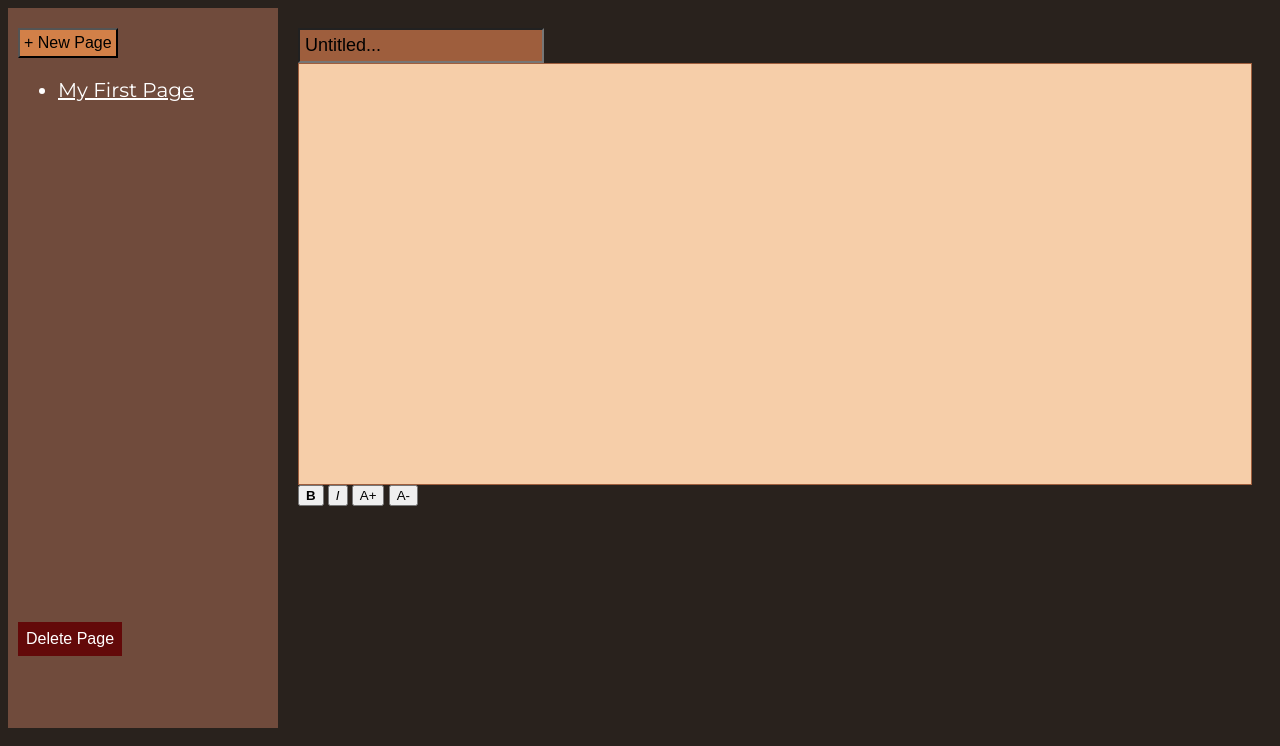
Repository: Dharshinimk-521/notes-app
Page: index.html
These files come from the project's save history. The page is drawn as it stood at one moment and after the next save; the edit follows.
The browser window is 1280 px wide. The pictures show the whole page.

Above is the page before, as saved 2026-04-18 22:41:14.

### index.html
<!DOCTYPE html>
<html lang="en">
    <head>
        <meta charset="UTF-8">
        <meta name="viewport" content="width=device-width, initial-scale=1.0">
        <title>Notes App</title>
        <link rel="stylesheet" href="style.css">
        <link rel="preconnect" href="https://fonts.googleapis.com">
        <link rel="preconnect" href="https://fonts.gstatic.com" crossorigin>
        <link href="https://fonts.googleapis.com/css2?family=Montserrat:ital,wght@0,100..900;1,100..900&display=swap" rel="stylesheet">
        <script src="app.js" defer></script>
    </head>
    <body>
    <div class="app">

        <aside class="sidebar">
        <button id="newPageBtn">+ New Page</button>
        <ul id="pageList"></ul>
        <button id="deletePageBtn"> Delete Page</button>
        </aside>

        <main class="editor">
            <input id="pageTitle" placeholder="Untitled..." />
            <div id="editorArea" contenteditable="true"></div>
            <div class="tool-bar">
                <button onclick ="formatText('bold')"><b>B</b></button>
                <button onclick ="formatText('italic')"><i>I</i></button>
                <button onclick ="changeFontSize(1)">A+</button>
                <button onclick ="changeFontSize(-1)">A-</button>
            </div>
        </main>

    </div>


    </body>
</html>

### style.css
body{
    font-family:'Montserrat',sans-serif;
    background-color: #29221D;
}
.app {
  margin: 0;
  display: flex;
  height: 100vh;

}

.sidebar {
  width: 250px;
  background: #704B3C;
  padding: 10px;
}

.editor {
  flex: 1;
  padding: 20px;
}

#editorArea {
  min-height: 400px;
  background-color: #F6CEA9;
  border: 1px solid #9E5E3D;
  padding: 10px;
  font-size: 16px;
}
#newPageBtn{
 background-color: #D28048;
 padding: 4px;
 margin-top: 10px;
 cursor:pointer;
 font-size: 16px;
}
#pageTitle{
    padding:5px;
    background-color: #9E5E3D;
    color: black;
    font-size: 18px;
}
::placeholder{
    color:black;
    opacity: 1
}
#deletePageBtn {
    margin-top: 500px;
  margin-bottom: 90px;
  background: #630909;
  color: white;
  border: none;
  padding: 8px;
  cursor: pointer;
  font-size: 16px;
}
#pageList{
    text-decoration: underline;
    color:white;
    cursor: pointer;
    font-size: 20px;
}

.toolbar {
  background: #222222;
  padding: 8px;
  border-bottom: 1px solid #ddd;
}

.toolbar button {
  margin-right: 5px;
  padding: 5px 8px;
  cursor: pointer;
}

### app.js
// Load pages from localStorage OR use default
let pages = JSON.parse(localStorage.getItem("pages")) || [
  {
    id: "123",
    title: "My First Page",
    content: "<p>Hello world</p>"
  }
];

let currentPageId = null;

// Save all pages
function savePages() {
  localStorage.setItem("pages", JSON.stringify(pages));
}

// Create new page
function createPage() {
  const newPage = {
    id: Date.now().toString(),
    title: "Untitled",
    content: ""
  };

  pages.push(newPage);
  savePages();
  renderPages();
  openPage(newPage.id);
}

// Render sidebar
function renderPages() {
  const pageList = document.getElementById("pageList");
  pageList.innerHTML = "";

  pages.forEach((page) => {
    const li = document.createElement("li");
    li.textContent = page.title;

    if (page.id === currentPageId) {
      li.style.background = "#ddd";

    }

    li.onclick = () => openPage(page.id);

    pageList.appendChild(li);
  });
}

// Open page
function openPage(id) {
    console.log("Opening page:", id);
  const page = pages.find(p => p.id === id);
  currentPageId = id;

  if (!page) return;

  document.getElementById("pageTitle").value = page.title;
  document.getElementById("editorArea").innerHTML = page.content;
}

// Auto save current page
function saveCurrentPage() {
  const page = pages.find(p => p.id === currentPageId);
  if (!page) return;

  page.title = document.getElementById("pageTitle").value;
  page.content = document.getElementById("editorArea").innerHTML;

  savePages();
}
//del func
function deleteCurrentPage() {
  if (!currentPageId) return;

  const confirmDelete = confirm("Delete this page?");
  if (!confirmDelete) return;

  pages = pages.filter(p => p.id !== currentPageId);

  savePages();
  renderPages();

  if (pages.length > 0) {
    openPage(pages[0].id);
  } else {
    currentPageId = null;
    document.getElementById("pageTitle").value = "";
    document.getElementById("editorArea").innerHTML = "";
  }
}
// Event listeners
document.getElementById("newPageBtn").onclick = createPage;
document.getElementById("editorArea").addEventListener("input", saveCurrentPage);
document.getElementById("pageTitle").addEventListener("input", saveCurrentPage);
document.getElementById("deletePageBtn").onclick = deleteCurrentPage;
// Initial render
renderPages();

After the next save:
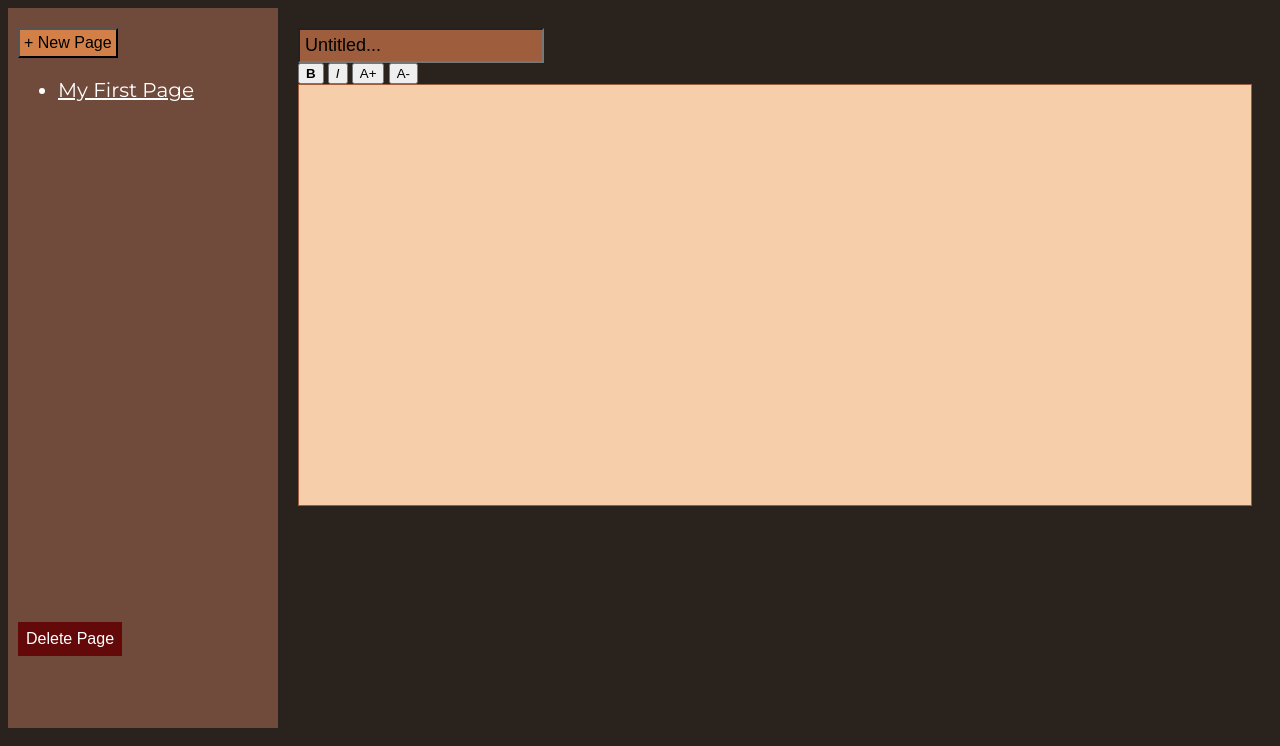
Saved 11 s later.
--- a/index.html
+++ b/index.html
@@ -21,12 +21,20 @@
 
         <main class="editor">
             <input id="pageTitle" placeholder="Untitled..." />
-            <div id="editorArea" contenteditable="true"></div>
-            <div class="tool-bar">
-                <button onclick ="formatText('bold')"><b>B</b></button>
-                <button onclick ="formatText('italic')"><i>I</i></button>
-                <button onclick ="changeFontSize(1)">A+</button>
-                <button onclick ="changeFontSize(-1)">A-</button>
+
+            <div class="editor-container">
+
+                <!-- Toolbar -->
+                <div class="tool-bar">
+                    <button onclick="formatText('bold')"><b>B</b></button>
+                    <button onclick="formatText('italic')"><i>I</i></button>
+                    <button onclick="changeFontSize(1)">A+</button>
+                    <button onclick="changeFontSize(-1)">A-</button>
+                </div>
+
+                <!-- Editor -->
+                <div id="editorArea" contenteditable="true"></div>
+
             </div>
         </main>
 
